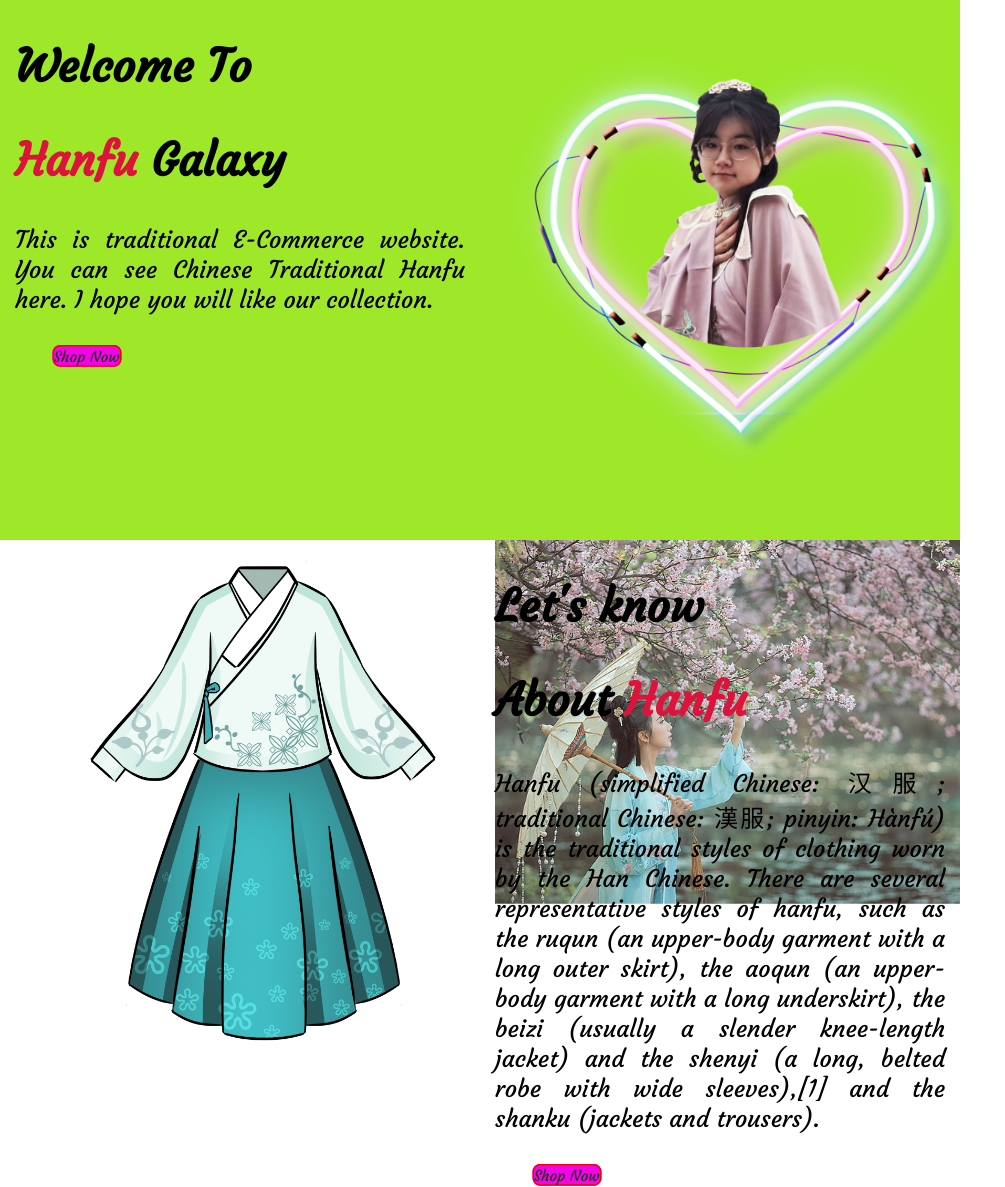
Repository: ramizraaz/E-Commerce
Page: index.html
These files come from the project's save history. The page is drawn as it stood at one moment and after the next save; the edit follows.
The browser window is 1280 px wide. The page is 1340 px wide, so the pictures cover 1340 px, including what lies to the right of the window. The pictures show the whole page, at 75% of full size.

Above is the page before, as saved 2022-02-06 21:32:49.

### index.html
<!DOCTYPE html>
<html lang="en">

<head>
    <meta charset="UTF-8">
    <meta http-equiv="X-UA-Compatible" content="IE=edge">
    <meta name="viewport" content="width=device-width, initial-scale=1.0">
    <title>Document</title>
    <link rel="stylesheet" href="main.css">
</head>

<body>
    <section class="top">
        <div class="container">
            <h1>Welcome To </h1>
            <h1><span> Hanfu </span>Galaxy</h1>
            <p>This is traditional E-Commerce website. You can see Chinese Traditional Hanfu here. I hope you will like our collection.
            </p>
            <a href="index.html">Shop Now</a>
        </div>
        <div class="container">
            <img src="images/bg-1.png" alt="showart">
        </div>
    </section>
    <section class="mid">
        <div class="container ">
            <img src="images/bg-2.png" alt="showart">
        </div>
        <div class="container mid-img">
            <h1>Let's know </h1>
            <h1>About<span> Hanfu </span></h1>
            <p>Hanfu (simplified Chinese: 汉服; traditional Chinese: 漢服; pinyin: Hànfú) is the traditional styles of clothing worn by the Han Chinese. There are several representative styles of hanfu, such as the ruqun (an upper-body garment with a long outer
                skirt), the aoqun (an upper-body garment with a long underskirt), the beizi (usually a slender knee-length jacket) and the shenyi (a long, belted robe with wide sleeves),[1] and the shanku (jackets and trousers).
            </p>
            <a href="index.html">Shop Now</a>
        </div>
    </section>
</body>

</html>

### main.css
@import url('https://fonts.googleapis.com/css2?family=Courgette&display=swap');
body {
    font-family: 'Courgette', cursive;
    margin: 0;
    font-size: 2rem;
}

h1 {
    font-size: 60px;
}

p {
    text-align: justify;
}

span {
    color: crimson;
}

img {
    width: 700px;
}

a {
    text-decoration: none;
    border: 2px solid #f10404;
    border-radius: 10px;
    font-size: 20px;
    margin-left: 50px;
    background-color: #f104e6;
    color: rgb(44, 44, 41);
}

.top {
    display: flex;
    background-color: #93e60fe3;
    height: 100vh;
}

.container {
    width: 50%;
    padding-left: 20px;
}

.mid {
    display: flex;
    height: 100vh;
}

.mid .container {
    padding: 0px 20px 0px 0px;
}

.mid-img {
    background-image: url(./images/mid-bg.jpg);
    background-repeat: no-repeat;
}

After the next save:
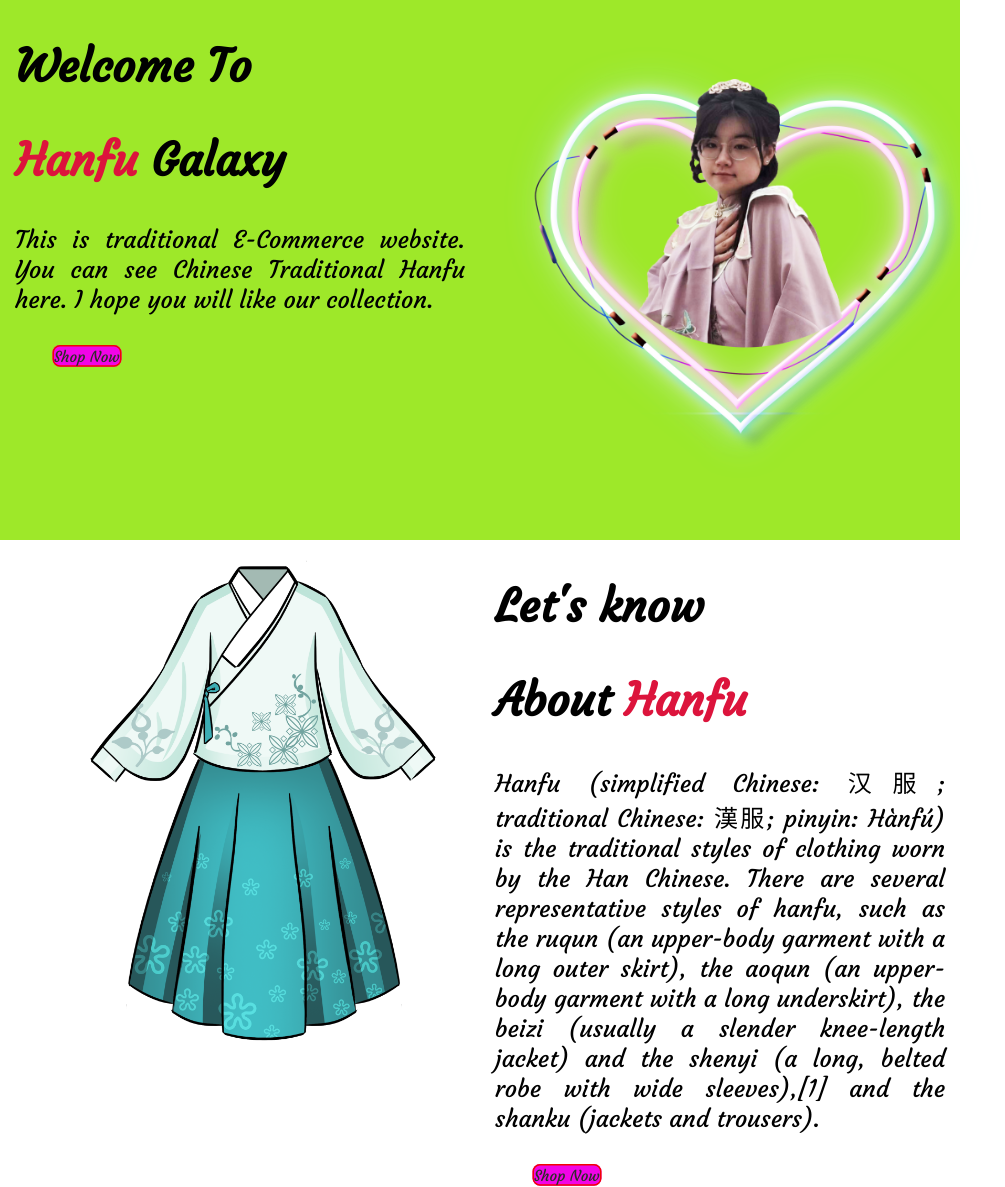
Saved 20 s later.
--- a/main.css
+++ b/main.css
@@ -51,7 +51,4 @@ a {
     padding: 0px 20px 0px 0px;
 }
 
-.mid-img {
-    background-image: url(./images/mid-bg.jpg);
-    background-repeat: no-repeat;
-}
+.mid-img {}
